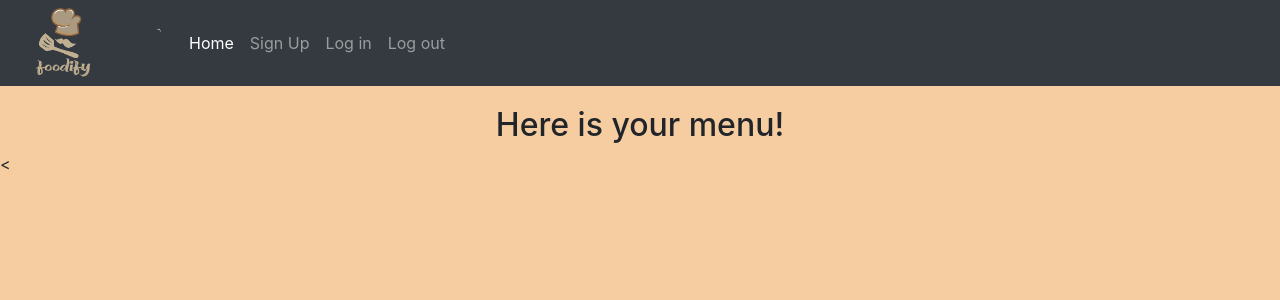
Repository: RanaHisham18/Foodify-Web-App
Page: Project IA raghda/usermenu.html
The author's editor kept a copy of each file at every save. The page is drawn from the files as they stood at one save, then again after a run of saves.
The browser window is 1280 px wide. The pictures show the whole page.

Above is the page before, as saved 2022-01-06 18:22:11.

### Project IA raghda/usermenu.html
<!DOCTYPE html>
<html lang="en">
<head>
    <meta charset="UTF-8">
    <meta http-equiv="X-UA-Compatible" content="IE=edge">
    <meta name="viewport" content="width=device-width, initial-scale=1.0">
    <link rel="stylesheet" href="https://maxcdn.bootstrapcdn.com/bootstrap/4.0.0/css/bootstrap.min.css"
     integrity="sha384-Gn5384xqQ1aoWXA+058RXPxPg6fy4IWvTNh0E263XmFcJlSAwiGgFAW/dAiS6JXm" crossorigin="anonymous">
     <link rel ="stylesheet" href="usermenu.css">
    <title>Document</title>
</head>
<body>
    <!--Navigation Bar-->
 <nav class="navbar navbar-expand-lg navbar-dark bg-dark sticky-top">
    <img class="image" src="images/foodify.png" alt="Foodify logo">

       <button class="navbar-toggler" type="button" data-bs-toggle="collapse" data-bs-target="#navbarScroll" aria-controls="navbarScroll" aria-expanded="false" aria-label="Toggle navigation">
         <span class="navbar-toggler-icon"></span>
       </button>
     <div class="container-fluid">
         <div class="collapse navbar-collapse" id="navbarScroll">
           <ul class="navbar-nav me-auto my-2 my-lg-0 navbar-nav-scroll" style="--bs-scroll-height: 100px;">
             <li class="nav-item">
               <a class="nav-link active" aria-current="page" href="home.php">Home</a>
             </li>
             <li class="nav-item">
               <a class="nav-link" href="register.php">Sign Up</a>
             </li>
             <li class="nav-item">
               <a class="nav-link" href="login.php">Log in</a>
             </li>
             <li class="nav-item">
               <a class="nav-link" href="login.php">Log out</a>

             </li>
           </ul>

         </div>
       </div>
   </nav>

   <h2>Here is your menu!</h2>

   <table>
<

   </table>
</body>
</html>

### Project IA raghda/usermenu.css
.image{
    cursor: pointer;
    height:70px;
     width:130px;
    margin-left: 20px;
  }
  .scroll{
      margin-top:200px;
      margin-left:50px;
  }
body
{
    background-color: #f5cda0;
}
h2{
    text-align: center;
    margin-top:  20px;
}

After the next 4 saves:
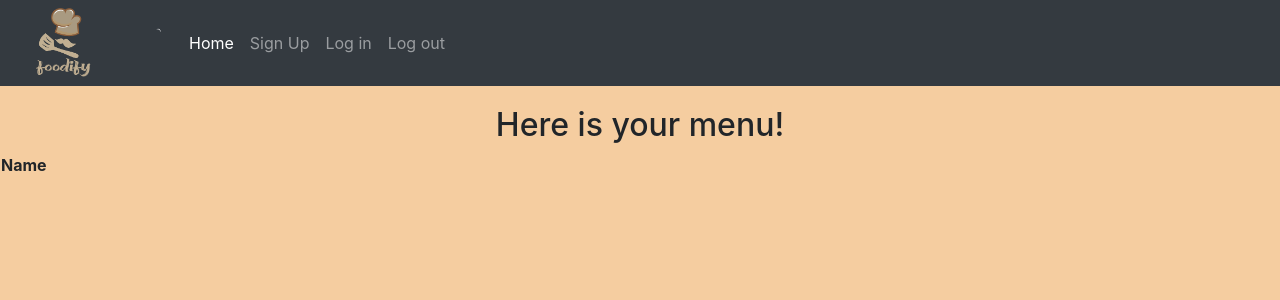
The 4 saves are shown as one change because they came seconds apart.
The last was saved 14 s later.
--- a/Project IA raghda/usermenu.html
+++ b/Project IA raghda/usermenu.html
@@ -42,7 +42,9 @@
    <h2>Here is your menu!</h2>
 
    <table>
-<
+<tr>
+    <th>Name</th>
+</tr>
 
    </table>
 </body>
